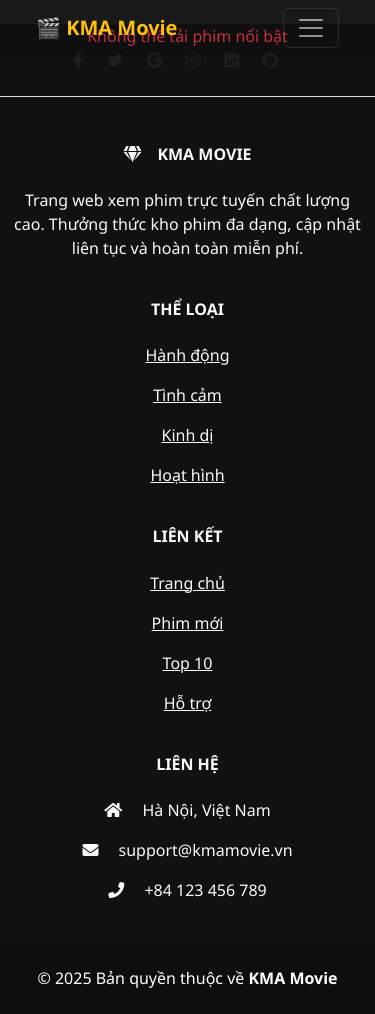
Repository: takagi2004/KMA_Nhom27_TTCS_WebXemFilm_FonEnd
Page: /
The author's editor kept a copy of each file at every save. The page is drawn from the files as they stood at one save, then again after the next save.
The browser window is 375 px wide. The pictures show the whole page.
The page's requests for data from a server got no answer. The project was rebuilt for these pictures with package versions that can differ from the ones it lists, and the page was loaded fresh each time. No one was signed in, and anything a server would have sent is missing. Also part of the build but not shown: src/layout/danhsachphim/Props/PhimCard.tsx.

Above is the page before, as saved 2025-08-06 17:25:47.

### public/index.html
<!DOCTYPE html>
<html lang="en">
  <head>
    <meta charset="utf-8" />
    <link rel="icon" href="%PUBLIC_URL%/favicon.ico" />
    <meta name="viewport" content="width=device-width, initial-scale=1" />
    <meta name="theme-color" content="#000000" />
    <meta
      name="description"
      content="Web site created using create-react-app"
    />
    <link rel="apple-touch-icon" href="%PUBLIC_URL%/logo192.png" />
    <!--
      manifest.json provides metadata used when your web app is installed on a
      user's mobile device or desktop. See https://developers.google.com/web/fundamentals/web-app-manifest/
    -->
    <link rel="manifest" href="%PUBLIC_URL%/manifest.json" />
    <!--
      Notice the use of %PUBLIC_URL% in the tags above.
      It will be replaced with the URL of the `public` folder during the build.
      Only files inside the `public` folder can be referenced from the HTML.

      Unlike "/favicon.ico" or "favicon.ico", "%PUBLIC_URL%/favicon.ico" will
      work correctly both with client-side routing and a non-root public URL.
      Learn how to configure a non-root public URL by running `npm run build`.
    -->
    <link href="https://cdn.jsdelivr.net/npm/bootstrap@5.3.7/dist/css/bootstrap.min.css" rel="stylesheet" integrity="sha384-LN+7fdVzj6u52u30Kp6M/trliBMCMKTyK833zpbD+pXdCLuTusPj697FH4R/5mcr" crossorigin="anonymous">
    <link rel="stylesheet" href="https://cdnjs.cloudflare.com/ajax/libs/font-awesome/5.15.3/css/all.min.css">
    <title>Xem Phim Hay,Mới Nhất Tại Phimmoi.com</title>
  </head>
  <body>
    <noscript>You need to enable JavaScript to run this app.</noscript>
    <div id="root"></div>
    <!--
      This HTML file is a template.
      If you open it directly in the browser, you will see an empty page.

      You can add webfonts, meta tags, or analytics to this file.
      The build step will place the bundled scripts into the <body> tag.

      To begin the development, run `npm start` or `yarn start`.
      To create a production bundle, use `npm run build` or `yarn build`.
    -->
    <script src="https://cdn.jsdelivr.net/npm/bootstrap@5.3.7/dist/js/bootstrap.bundle.min.js" integrity="sha384-ndDqU0Gzau9qJ1lfW4pNLlhNTkCfHzAVBReH9diLvGRem5+R9g2FzA8ZGN954O5Q" crossorigin="anonymous"></script>
  </body>
</html>

### src/App.tsx
import React from 'react';
import './App.css';
import Hompage from './layout/Hompage';

function App() {
  return (
    <div className="App">
       <Hompage />
    </div>
  );
}

export default App;

### src/App.css
/* ==================== GLOBAL ==================== */
body, html {
  margin: 0;
  padding: 0;
  background-color: #1c1c1c; /* Nền xám đậm toàn bộ web */
  font-family: 'Segoe UI', Tahoma, Geneva, Verdana, sans-serif;
}

.App {
  text-align: center;
  color: white;
}

/* Logo mặc định React (nếu dùng) */
.App-logo {
  height: 40vmin;
  pointer-events: none;
}
@media (prefers-reduced-motion: no-preference) {
  .App-logo {
    animation: App-logo-spin infinite 20s linear;
  }
}

@keyframes App-logo-spin {
  from { transform: rotate(0deg); }
  to { transform: rotate(360deg); }
}

/* ==================== NAVBAR ==================== */
.navbar.bg-transparent {
  background-color: rgba(0, 0, 0, 0.1) !important;
  transition: background-color 0.3s ease;
}
.navbar.bg-dark {
  background-color: rgba(0, 0, 0, 0.9) !important;
  transition: background-color 0.3s ease;
}

.navbar .nav-link {
  color: #fff !important;
  transition: color 0.2s;
}
.navbar .nav-link:hover {
  color: #ffc107 !important; /* Màu vàng khi hover */
}

/* ==================== CAROUSEL ==================== */
.carousel-container {
  position: relative;
}

.carousel-item {
  position: relative;
}

.carousel-img {
  width: 100%;
  height: 80vh; /* Desktop */
  object-fit: cover;
}

/* Overlay chữ mờ tỏa tự nhiên */
.carousel-overlay-bottom-left {
  position: absolute;
  bottom: 190px;
  left: 60px;
  z-index: 3;
  max-width: 700px;
  color: white;
  text-shadow: 0 4px 12px rgba(0, 0, 0, 0.9);
  background: radial-gradient(
    circle at left bottom,
    rgba(0,0,0,0.7) 0%,
    rgba(0,0,0,0.3) 40%,
    rgba(0,0,0,0) 80%
  );
  padding: 40px 60px 40px 0;
}

.carousel-overlay-bottom-left h2 {
  font-size: 3rem;
  font-weight: 900;
}
.carousel-overlay-bottom-left p {
  font-size: 1.1rem;
  margin-bottom: 0.5rem;
}

/* Gradient mờ phía dưới ảnh */
.carousel-item::after {
  content: "";
  position: absolute;
  bottom: 0;
  left: 0;
  width: 100%;
  height: 40%;
  background: linear-gradient(to top, rgba(0,0,0,0.8), transparent);
  z-index: 1;
}

/* Gradient mờ phía dưới carousel */
.carousel-bottom-fade {
  content: "";
  position: absolute;
  bottom: 0;
  left: 0;
  width: 100%;
  height: 200px;
  background: linear-gradient(to top, #1c1c1c, transparent);
  z-index: 2;
}

/* ==================== DANH SÁCH PHIM ==================== */

/* Desktop - vẫn trồi lên carousel */
.danh-sach-phim-wrapper {
  margin-top: -120px; /* Âm để trồi lên carousel */
  position: relative;
  z-index: 2;
}

/* Container trong suốt hoàn toàn */
.danh-sach-phim-container {
  background: transparent !important;
  padding-top: 2rem;
  padding-bottom: 2rem;
}

.danh-sach-phim-container h3 {
  color: #fff;
  font-weight: bold;
}

/* PhimCard Style */
.phim-card {
  width: 100%;
  background-color: transparent;
  transition: transform 0.3s ease, box-shadow 0.3s ease;
}
.phim-card img {
  width: 100%;
  height: 250px;
  object-fit: cover;
}
.phim-card-overlay {
  background-color: rgba(0,0,0,0.7);
  color: white;
  padding: 10px;
  min-height: 80px;
}

/* Hiệu ứng hover Netflix */
.phim-card:hover {
  transform: scale(1.05);
  z-index: 10;
}

/* Slider padding và nút điều hướng */
.slick-slider {
  position: relative;
}

.slick-prev, .slick-next {
  width: 40px;
  height: 40px;
  z-index: 5;
}

.slick-prev::before, .slick-next::before {
  font-size: 40px;
  color: white;
  opacity: 0.7;
}

.slick-prev:hover::before, .slick-next:hover::before {
  opacity: 1;
}


/* ==================== RESPONSIVE ==================== */

/* Tablet */
@media (max-width: 992px) {
  .carousel-img {
    height: 60vh;
  }
  .carousel-overlay-bottom-left {
    bottom: 80px;
    left: 30px;
    max-width: 500px;
    padding: 20px 30px 20px 0;
  }
  .carousel-overlay-bottom-left h2 {
    font-size: 2rem;
  }
}

/* Mobile */
@media (max-width: 576px) {
  .carousel-img {
    height: 45vh; /* Giảm chiều cao banner trên mobile */
  }
  .carousel-overlay-bottom-left {
    bottom: 30px;
    left: 20px;
    max-width: 90%;
    padding: 10px 15px 10px 0;
  }
  .carousel-overlay-bottom-left h2 {
    font-size: 1.4rem;
  }
  .carousel-overlay-bottom-left p {
    font-size: 0.8rem;
  }
  /* Ẩn mô tả dài để gọn trên mobile */
  .carousel-overlay-bottom-left .text-light {
    display: none;
  }
  /* Nút điều hướng nhỏ hơn */
  .carousel-control-prev-icon,
  .carousel-control-next-icon {
    width: 2rem;
    height: 2rem;
  }
}

### src/layout/Hompage.tsx
import DanhSachPhim from "./danhsachphim/DanhSachPhim";
import Footer from "./header/foode-narbar-carosel/Footer";
import Header from "./header/Header";
import React from "react";
function Hompage() {
  return (
    <div className="App">
       <Header />
       <Footer />
    </div>
  );
}

export default Hompage;

### src/layout/header/foode-narbar-carosel/Footer.tsx
import React from "react";

/**
 * Footer cho trang web xem phim
 * - Responsive đầy đủ (mobile, tablet, desktop)
 * - Có phần mạng xã hội + liên hệ + link nhanh
 * - Thiết kế nền tối phù hợp trang xem phim
 */
const Footer: React.FC = () => {
  return (
    <footer className="text-center text-lg-start text-muted" style={{ backgroundColor: "#111" }}>
      {/* ====================== MẠNG XÃ HỘI ====================== */}
      <section className="d-flex justify-content-center justify-content-lg-between p-4 border-bottom">
        {/* Bên trái - chỉ hiện trên màn hình lớn */}
        <div className="me-5 d-none d-lg-block text-light">
          <span>Kết nối với chúng tôi trên mạng xã hội:</span>
        </div>

        {/* Bên phải - icon mạng xã hội */}
        <div>
          <a href="#" className="me-4 text-reset text-light"><i className="fab fa-facebook-f"></i></a>
          <a href="#" className="me-4 text-reset text-light"><i className="fab fa-twitter"></i></a>
          <a href="#" className="me-4 text-reset text-light"><i className="fab fa-google"></i></a>
          <a href="#" className="me-4 text-reset text-light"><i className="fab fa-instagram"></i></a>
          <a href="#" className="me-4 text-reset text-light"><i className="fab fa-linkedin"></i></a>
          <a href="#" className="me-4 text-reset text-light"><i className="fab fa-github"></i></a>
        </div>
      </section>

      {/* ====================== LIÊN KẾT NHANH ====================== */}
      <section>
        <div className="container text-center text-md-start mt-5 text-light">
          <div className="row mt-3">
            {/* Cột 1 - Giới thiệu */}
            <div className="col-md-3 col-lg-4 col-xl-3 mx-auto mb-4">
              <h6 className="text-uppercase fw-bold mb-4">
                <i className="fas fa-gem me-3"></i>KMA Movie
              </h6>
              <p>
                Trang web xem phim trực tuyến chất lượng cao.
                Thưởng thức kho phim đa dạng, cập nhật liên tục và hoàn toàn miễn phí.
              </p>
            </div>

            {/* Cột 2 - Thể loại */}
            <div className="col-md-2 col-lg-2 col-xl-2 mx-auto mb-4">
              <h6 className="text-uppercase fw-bold mb-4">Thể loại</h6>
              <p><a href="#" className="text-reset">Hành động</a></p>
              <p><a href="#" className="text-reset">Tình cảm</a></p>
              <p><a href="#" className="text-reset">Kinh dị</a></p>
              <p><a href="#" className="text-reset">Hoạt hình</a></p>
            </div>

            {/* Cột 3 - Liên kết hữu ích */}
            <div className="col-md-3 col-lg-2 col-xl-2 mx-auto mb-4">
              <h6 className="text-uppercase fw-bold mb-4">Liên kết</h6>
              <p><a href="#" className="text-reset">Trang chủ</a></p>
              <p><a href="#" className="text-reset">Phim mới</a></p>
              <p><a href="#" className="text-reset">Top 10</a></p>
              <p><a href="#" className="text-reset">Hỗ trợ</a></p>
            </div>

            {/* Cột 4 - Liên hệ */}
            <div className="col-md-4 col-lg-3 col-xl-3 mx-auto mb-md-0 mb-4">
              <h6 className="text-uppercase fw-bold mb-4">Liên hệ</h6>
              <p><i className="fas fa-home me-3"></i> Hà Nội, Việt Nam</p>
              <p><i className="fas fa-envelope me-3"></i> support@kmamovie.vn</p>
              <p><i className="fas fa-phone me-3"></i> +84 123 456 789</p>
            </div>
          </div>
        </div>
      </section>

      {/* ====================== COPYRIGHT ====================== */}
      <div
        className="text-center p-4"
        style={{ backgroundColor: "rgba(0, 0, 0, 0.2)", color: "#fff" }}
      >
        © 2025 Bản quyền thuộc về <strong>KMA Movie</strong>
      </div>
    </footer>
  );
};

export default Footer;

### src/layout/header/Header.tsx
import React from "react";
import Navbar from "./foode-narbar-carosel/Narbar";
import Carousel from "./foode-narbar-carosel/Carousel";
import DanhSachPhim from "../danhsachphim/DanhSachPhim";

const Header: React.FC = () => {
  return (
    <header>
      <Navbar />
      <Carousel />

      {/* Danh sách phim trồi lên nhẹ */}
      <div className="danh-sach-phim-wrapper">
        <DanhSachPhim />
      </div>
    </header>
  );
};

export default Header;

### src/layout/header/foode-narbar-carosel/Narbar.tsx
import React, { useEffect, useState } from "react";
import "./../../../App.css";

const Navbar: React.FC = () => {
  const [scrolled, setScrolled] = useState(false);

  // Theo dõi sự kiện scroll để đổi trạng thái navbar
  useEffect(() => {
    const handleScroll = () => {
      if (window.scrollY > 50) {
        setScrolled(true);
      } else {
        setScrolled(false);
      }
    };

    window.addEventListener("scroll", handleScroll);
    return () => {
      window.removeEventListener("scroll", handleScroll);
    };
  }, []);

  return (
    <nav
      className={`navbar navbar-expand-lg fixed-top px-4 ${
        scrolled ? "navbar-dark bg-dark shadow" : "navbar-dark bg-transparent"
      }`}
    >
      <div className="container-fluid">
        {/* Logo */}
        <a className="navbar-brand fw-bold text-warning" href="/">
          🎬 KMA Movie
        </a>

        {/* Menu icon mobile */}
        <button
          className="navbar-toggler"
          type="button"
          data-bs-toggle="collapse"
          data-bs-target="#navbarMovie"
          aria-controls="navbarMovie"
          aria-expanded="false"
          aria-label="Toggle navigation"
        >
          <span className="navbar-toggler-icon"></span>
        </button>

        {/* Menu */}
        <div className="collapse navbar-collapse" id="navbarMovie">
          <ul className="navbar-nav me-auto mb-2 mb-lg-0">
            <li className="nav-item"><a className="nav-link active" href="/">Trang chủ</a></li>
            <li className="nav-item"><a className="nav-link" href="/phim-le">Phim lẻ</a></li>
            <li className="nav-item"><a className="nav-link" href="/phim-bo">Phim bộ</a></li>
            <li className="nav-item"><a className="nav-link" href="/the-loai">Thể loại</a></li>
            <li className="nav-item"><a className="nav-link" href="/top-imdb">Top IMDB</a></li>
          </ul>

          {/* Search */}
          <form className="d-flex me-3">
            <input
              className="form-control form-control-sm me-2"
              type="search"
              placeholder="Tìm phim..."
            />
            <button className="btn btn-sm btn-warning" type="submit">
              Tìm
            </button>
          </form>

          {/* Icon user */}
          <a className="btn btn-outline-light btn-sm">Đăng nhập</a>
        </div>
      </div>
    </nav>
  );
};

export default Navbar;

### src/layout/header/foode-narbar-carosel/Carousel.tsx
import React, { useEffect, useState } from "react";
import "../../../App.css";
import { PhimAPI } from "../../../api/PhimAPI";
import PhimModel from "../../../model/PhimModel";

const Carousel: React.FC = () => {
  const [phimNoiBat, setPhimNoiBat] = useState<PhimModel[]>([]);
  const [loading, setLoading] = useState(true);
  const [error, setError] = useState<string | null>(null);

  useEffect(() => {
    PhimAPI.getPhimNoiBat(5)
      .then((data) => {
        setPhimNoiBat(data);
        setLoading(false);
      })
      .catch((err) => {
        setError("Không thể tải phim nổi bật");
        console.error(err);
        setLoading(false);
      });
  }, []);

  if (loading) return <div className="text-light p-4">Đang tải phim nổi bật...</div>;
  if (error) return <div className="text-danger p-4">{error}</div>;

  return (
    <div id="movieCarousel" className="carousel slide carousel-fade carousel-container" data-bs-ride="carousel">
      <div className="carousel-inner">
        {phimNoiBat.map((phim, index) => {
          const thoiLuong = phim.tapPhim?.length
            ? `${phim.tapPhim[0].thoiLuong} phút`
            : "Chưa có";

          return (
            <div key={phim.idPhim} className={`carousel-item ${index === 0 ? "active" : ""}`}>
              <img
                src={phim.anhBia || "https://via.placeholder.com/1920x1080?text=No+Image"}
                className="d-block w-100 carousel-img"
                alt={phim.tenPhim}
              />

              <div className="carousel-overlay-bottom-left">
                <h2 className="fw-bold display-5">{phim.tenPhim}</h2>

                <div className="mb-2">
                  <span className="badge bg-success me-2">Top Thịnh Hành</span>
                  {phim.goiDangKy?.map((goi, i) => (
                    <span key={i} className="badge bg-info me-2">{goi}</span>
                  ))}
                </div>

                <p className="mb-1">
                  <span className="text-warning fw-bold me-2">
                    ★ {phim.diemTrungBinh?.toFixed(1) || 0}
                  </span>
                  {phim.namPhatHanh} | {phim.soLuong || 0} tập | {thoiLuong}
                </p>

                <p className="mb-2 text-light small">
                  {phim.theLoai?.join(" • ")} {phim.quocGia && `• ${phim.quocGia}`}
                </p>

                <p className="text-light" style={{ maxWidth: "600px" }}>
                  {phim.moTa?.length && phim.moTa.length > 200
                    ? phim.moTa.substring(0, 200) + "..."
                    : phim.moTa}
                </p>

                <div className="mt-3">
                  <button className="btn btn-success me-2">▶ Xem ngay</button>
                  <button className="btn btn-outline-light">+ Thêm vào danh sách</button>
                </div>
              </div>
            </div>
          );
        })}
      </div>

      <button className="carousel-control-prev" type="button" data-bs-target="#movieCarousel" data-bs-slide="prev">
        <span className="carousel-control-prev-icon" aria-hidden="true"></span>
      </button>
      <button className="carousel-control-next" type="button" data-bs-target="#movieCarousel" data-bs-slide="next">
        <span className="carousel-control-next-icon" aria-hidden="true"></span>
      </button>

      {/* Gradient mờ phía dưới */}
      <div className="carousel-bottom-fade"></div>
    </div>
  );
};

export default Carousel;

### src/layout/danhsachphim/DanhSachPhim.tsx
import React, { useEffect, useState } from "react";
import PhimModel from "../../model/PhimModel";
import { PhimAPI } from "../../api/PhimAPI";
import PhimCard from "./Props/PhimCard";
import Slider from "react-slick";
import "slick-carousel/slick/slick.css";
import "slick-carousel/slick/slick-theme.css";

const DanhSachPhim: React.FC = () => {
  const [phimNoiBat, setPhimNoiBat] = useState<PhimModel[]>([]);
  const [loading, setLoading] = useState(true);
  const [error, setError] = useState<string | null>(null);

  useEffect(() => {
    PhimAPI.getPhimNoiBat(30) // Lấy nhiều phim hơn để có thể lướt
      .then((data) => {
        setPhimNoiBat(data);
        setLoading(false);
      })
      .catch(() => {
        setError("Không thể tải phim nổi bật");
        setLoading(false);
      });
  }, []);

  if (loading)
    return <div className="text-light p-4">Đang tải danh sách phim nổi bật...</div>;
  if (error) return <div className="text-danger p-4">{error}</div>;

  // Cấu hình slider
  const settings = {
    dots: false,
    infinite: false,
    speed: 500,
    slidesToShow: 6,
    slidesToScroll: 6,
    arrows: true,
    responsive: [
      {
        breakpoint: 1200, // Tablet lớn
        settings: { slidesToShow: 4, slidesToScroll: 4 },
      },
      {
        breakpoint: 768, // Mobile
        settings: { slidesToShow: 2, slidesToScroll: 2 },
      },
    ],
  };

  return (
    <div className="danh-sach-phim-wrapper">
      <div className="danh-sach-phim-container">
        <h3 className="mb-4 text-light fw-bold ps-4 text-start">Phim Nổi Bật</h3>
        <div className="px-4">
          <Slider {...settings}>
            {phimNoiBat.map((phim) => (
              <div key={phim.idPhim} className="px-2">
                <PhimCard phim={phim} />
              </div>
            ))}
          </Slider>
        </div>
      </div>
    </div>
  );
};

export default DanhSachPhim;

### src/api/PhimAPI.ts
import axios from "axios";
import PhimModel from "../model/PhimModel";

const API_BASE_URL = "http://localhost:8080/api/phim";

export const PhimAPI = {
    // 1. Lấy tất cả phim
    getAllPhim: async (): Promise<PhimModel[]> => {
        const response = await axios.get<PhimModel[]>(`${API_BASE_URL}/all`);
        return response.data;
    },

    // 2. Lấy top phim thịnh hành
    getTopThinhHanh: async (limit: number = 10): Promise<PhimModel[]> => {
        const response = await axios.get<PhimModel[]>(`${API_BASE_URL}/top?limit=${limit}`);
        return response.data;
    },

    // 3. Lấy phim nổi bật (cho carousel)
    getPhimNoiBat: async (limit: number = 5): Promise<PhimModel[]> => {
        const response = await axios.get<PhimModel[]>(`${API_BASE_URL}/noi-bat?limit=${limit}`);
        return response.data;
    },

    // 4. Lấy chi tiết 1 phim theo ID
    getPhimById: async (id: number): Promise<PhimModel> => {
        const response = await axios.get<PhimModel>(`${API_BASE_URL}/${id}`);
        return response.data;
    },

    // 5. (Optional) Tìm kiếm phim theo từ khóa
    searchPhim: async (keyword: string): Promise<PhimModel[]> => {
        const response = await axios.get<PhimModel[]>(`${API_BASE_URL}/search?keyword=${encodeURIComponent(keyword)}`);
        return response.data;
    }
};

Loaded but not shown: src/index.tsx (common file); src/index.css (common file); src/reportWebVitals.ts (common file)

After the next save:
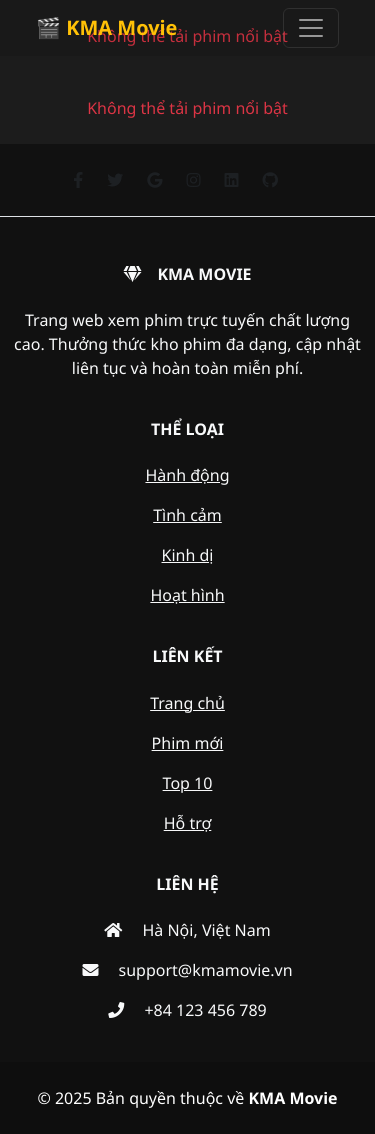
Saved 2 min 34 s later.
--- a/src/App.css
+++ b/src/App.css
@@ -11,22 +11,6 @@
   color: white;
 }
 
-/* Logo mặc định React (nếu dùng) */
-.App-logo {
-  height: 40vmin;
-  pointer-events: none;
-}
-@media (prefers-reduced-motion: no-preference) {
-  .App-logo {
-    animation: App-logo-spin infinite 20s linear;
-  }
-}
-
-@keyframes App-logo-spin {
-  from { transform: rotate(0deg); }
-  to { transform: rotate(360deg); }
-}
-
 /* ==================== NAVBAR ==================== */
 .navbar.bg-transparent {
   background-color: rgba(0, 0, 0, 0.1) !important;
@@ -36,24 +20,21 @@
   background-color: rgba(0, 0, 0, 0.9) !important;
   transition: background-color 0.3s ease;
 }
-
 .navbar .nav-link {
   color: #fff !important;
   transition: color 0.2s;
 }
 .navbar .nav-link:hover {
-  color: #ffc107 !important; /* Màu vàng khi hover */
+  color: #ffc107 !important;
 }
 
 /* ==================== CAROUSEL ==================== */
 .carousel-container {
   position: relative;
 }
-
 .carousel-item {
   position: relative;
 }
-
 .carousel-img {
   width: 100%;
   height: 80vh; /* Desktop */
@@ -77,7 +58,6 @@
   );
   padding: 40px 60px 40px 0;
 }
-
 .carousel-overlay-bottom-left h2 {
   font-size: 3rem;
   font-weight: 900;
@@ -98,7 +78,6 @@
   background: linear-gradient(to top, rgba(0,0,0,0.8), transparent);
   z-index: 1;
 }
-
 /* Gradient mờ phía dưới carousel */
 .carousel-bottom-fade {
   content: "";
@@ -119,14 +98,11 @@
   position: relative;
   z-index: 2;
 }
-
-/* Container trong suốt hoàn toàn */
 .danh-sach-phim-container {
   background: transparent !important;
   padding-top: 2rem;
   padding-bottom: 2rem;
 }
-
 .danh-sach-phim-container h3 {
   color: #fff;
   font-weight: bold;
@@ -149,7 +125,6 @@
   padding: 10px;
   min-height: 80px;
 }
-
 /* Hiệu ứng hover Netflix */
 .phim-card:hover {
   transform: scale(1.05);
@@ -160,23 +135,19 @@
 .slick-slider {
   position: relative;
 }
-
 .slick-prev, .slick-next {
   width: 40px;
   height: 40px;
   z-index: 5;
 }
-
 .slick-prev::before, .slick-next::before {
   font-size: 40px;
   color: white;
   opacity: 0.7;
 }
-
 .slick-prev:hover::before, .slick-next:hover::before {
   opacity: 1;
 }
-
 
 /* ==================== RESPONSIVE ==================== */
 
@@ -194,6 +165,10 @@
   .carousel-overlay-bottom-left h2 {
     font-size: 2rem;
   }
+  /* Không đè danh sách phim lên carousel */
+  .danh-sach-phim-wrapper {
+    margin-top: 0;
+  }
 }
 
 /* Mobile */
@@ -223,4 +198,12 @@
     width: 2rem;
     height: 2rem;
   }
-}
+  /* Card phim nhỏ hơn */
+  .phim-card img {
+    height: 180px;
+  }
+  /* Không đè danh sách phim lên carousel */
+  .danh-sach-phim-wrapper {
+    margin-top: 0;
+  }
+}

After the save that followed:
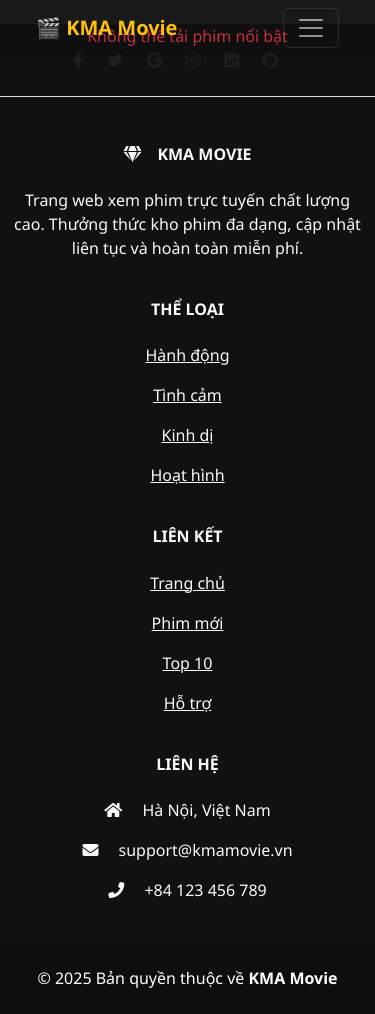
Saved 2 min 59 s later.
--- a/src/App.css
+++ b/src/App.css
@@ -153,57 +153,73 @@
 
 /* Tablet */
 @media (max-width: 992px) {
-  .carousel-img {
-    height: 60vh;
-  }
   .carousel-overlay-bottom-left {
     bottom: 80px;
     left: 30px;
     max-width: 500px;
     padding: 20px 30px 20px 0;
   }
+
   .carousel-overlay-bottom-left h2 {
     font-size: 2rem;
   }
-  /* Không đè danh sách phim lên carousel */
-  .danh-sach-phim-wrapper {
-    margin-top: 0;
+
+  .carousel-overlay-bottom-left .badge {
+    font-size: 0.75rem;
+    padding: 0.3em 0.5em;
+  }
+
+  .carousel-overlay-bottom-left p {
+    font-size: 0.9rem;
+  }
+
+  .carousel-overlay-bottom-left button {
+    padding: 0.4rem 0.8rem;
+    font-size: 0.9rem;
   }
 }
 
 /* Mobile */
 @media (max-width: 576px) {
   .carousel-img {
-    height: 45vh; /* Giảm chiều cao banner trên mobile */
-  }
+    height: 45vh;
+  }
+
   .carousel-overlay-bottom-left {
     bottom: 30px;
-    left: 20px;
+    left: 15px;
     max-width: 90%;
-    padding: 10px 15px 10px 0;
-  }
+    padding: 10px 12px 10px 0;
+  }
+
+  /* Tên phim nhỏ gọn */
   .carousel-overlay-bottom-left h2 {
-    font-size: 1.4rem;
-  }
+    font-size: 1.2rem;
+    margin-bottom: 0.3rem;
+    line-height: 1.3;
+  }
+
+  /* Badge nhỏ */
+  .carousel-overlay-bottom-left .badge {
+    font-size: 0.65rem;
+    padding: 0.2em 0.4em;
+    margin-bottom: 0.2rem;
+  }
+
+  /* Đánh giá & thông tin phim */
   .carousel-overlay-bottom-left p {
-    font-size: 0.8rem;
-  }
-  /* Ẩn mô tả dài để gọn trên mobile */
+    font-size: 0.7rem;
+    margin-bottom: 0.2rem;
+  }
+
+  /* Ẩn mô tả dài trên mobile */
   .carousel-overlay-bottom-left .text-light {
     display: none;
   }
-  /* Nút điều hướng nhỏ hơn */
-  .carousel-control-prev-icon,
-  .carousel-control-next-icon {
-    width: 2rem;
-    height: 2rem;
-  }
-  /* Card phim nhỏ hơn */
-  .phim-card img {
-    height: 180px;
-  }
-  /* Không đè danh sách phim lên carousel */
-  .danh-sach-phim-wrapper {
-    margin-top: 0;
-  }
-}
+
+  /* Nút bấm nhỏ hơn */
+  .carousel-overlay-bottom-left button {
+    padding: 0.25rem 0.6rem;
+    font-size: 0.7rem;
+  }
+}
